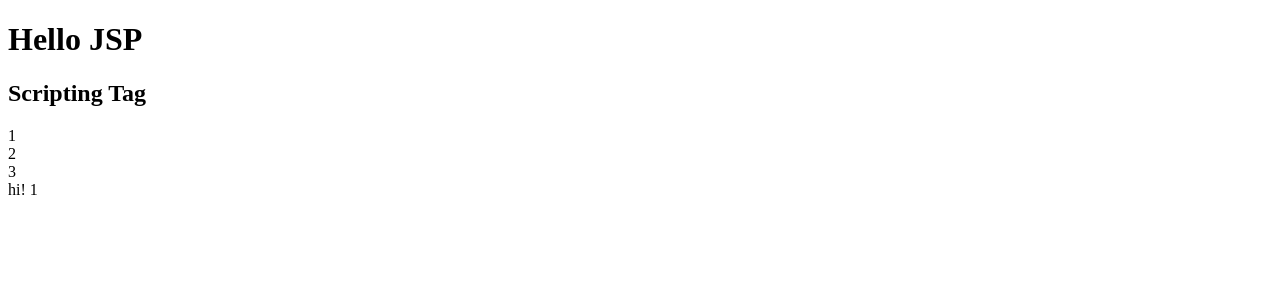
Repository: mi-ci/ai
Page: http://localhost/jsp01/ch01/b01.jsp
An editor plug-in stored every save of this project. The page is shown before and after the next save, followed by the edit.
The browser window is 1280 px wide. The pictures show the whole page.
The page is served by Tomcat 9. Other server files are loaded and not shown.

Above is the page before, as saved 2024-01-16 07:26:40.

### jsp01/src/main/webapp/ch01/b01.jsp
<%@ page language="java" contentType="text/html; charset=UTF-8"
    pageEncoding="UTF-8"%>
<!DOCTYPE html>
<html>
<head>
<meta charset="UTF-8">
<title>하하하하</title>
</head>
<body>
	<h1>Hello JSP</h1>
	<h2>Scripting Tag</h2>
	<%! int count = 3;
		String makeItLower(String data){
			return data.toLowerCase();
		}
	%>

	<%
		for(int i = 1; i <= count; i++){
			out.println(i+"<br>");
		}
	%>
	<%= makeItLower("Hi!")%>

	<%! int count1 = 0; %>
	<% out.println(++count1); %>













</body>
</html>

After the next save:
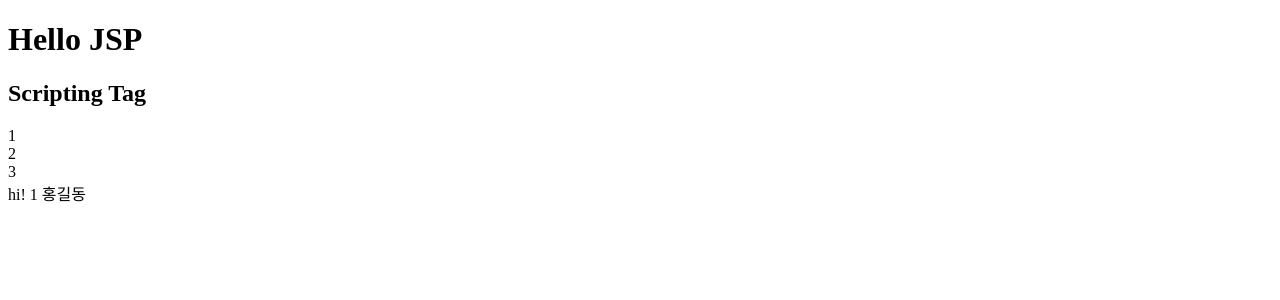
Saved 81 s later.
--- a/jsp01/src/main/webapp/ch01/b01.jsp
+++ b/jsp01/src/main/webapp/ch01/b01.jsp
@@ -24,6 +24,9 @@
 
 	<%! int count1 = 0; %>
 	<% out.println(++count1); %>
+	<% String name = "홍길동";
+		out.println(name);
+	%>
 
 
 
